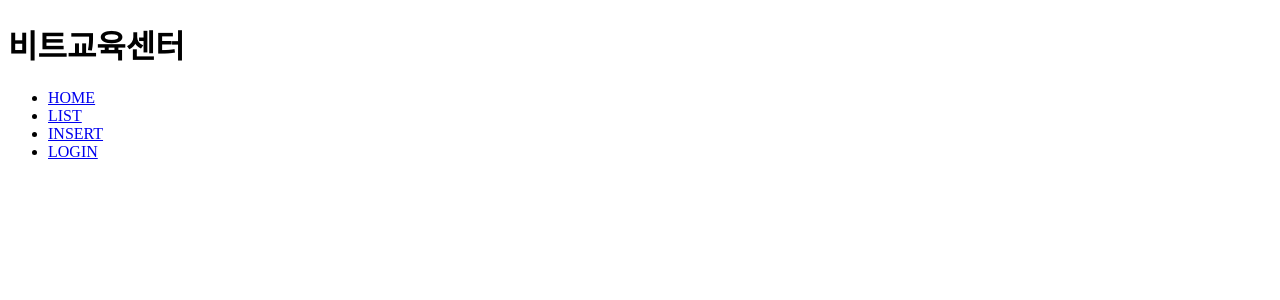
Repository: 2ket/workspace2
Page: ajax02/WebContent/index.html
An editor plug-in stored every save of this project. The page is shown before and after the next save, followed by the edit.
The browser window is 1280 px wide. The pictures show the whole page.

Above is the page before, as saved 2019-06-10 02:40:20.
Console error: SyntaxError: Unexpected identifier 'getList'

### ajax02/WebContent/index.html
<!DOCTYPE html>
<html>
<head>
<meta charset="UTF-8" charset="EUC-KR">
<title>Insert title here</title>
<link rel="stylesheet" type="text/css" href="css/mygrid.css"/>
<style type="text/css">
	#menu>div>ul{
		padding:0px;
		width:408px;
		margin: 0px auto;
	}
	#menu>div>ul>li{
		list-style:none;
		float:left
	}
	#menu>div>ul>li>a:hover{
	color : yellow;
	backgroud-color : red;
	}
</style>
<script type="text/javascript">
	var carousel;
	var imgs;
	var cnt=0;
	window.onload=function(){
		carousel=document.querySelector('#carousel');
		imgs=document.querySelectorAll('#carousel>img');
		loop();

		menu[1].onclick=function(){
			//alert('menu2');
			xhr=new XMLHttpRequest();
			xhr.onreadystatechange=getList;
			xhr.open('get', 'data/list.jsp');
			xhr.sent();
			return false;
		};

	};

	fuction getList(){
		var root=xhr.responseXML;
		if(xhr.readyState==4 && xhr.status==200){
			var root=xhr.responseXML;
			var row=root.querySelectorAll('row');

			for(var i=0; i<row.length; i++){
				alert(row[i].innerHTML);
			}

		}
	}
	function loop(){
		for(var i=0; i<imgs.length; i++){
			imgs[i].style.display='none';
		}
		if(cnt>=imgs.length) cnt=0;
		imgs[cnt++].style.display='block';
		window.setTimeout(loop, 3000);
	}
</script>

</head>
<body>
	<div class="container">
		<div id="header" div class="row">
			<div class="grid12">
				<h1>비트교육센터</h1>
			</div>
		</div>
		<div class="row">
			<div class="grid12">
				<ul>
					<li><a href="#">HOME</a></li>
					<li><a href="#">LIST</a></li>
					<li><a href="#">INSERT</a></li>
					<li><a href="#">LOGIN</a></li>
				</ul>
			</div>
		</div>
		<div id="content" div class="row">
			<div class="grid12">

			</div>
		</div>
	</div>

</body>
</html>

Loaded but not shown: ajax02/WebContent/css/mygrid.css (common file)

After the next save:
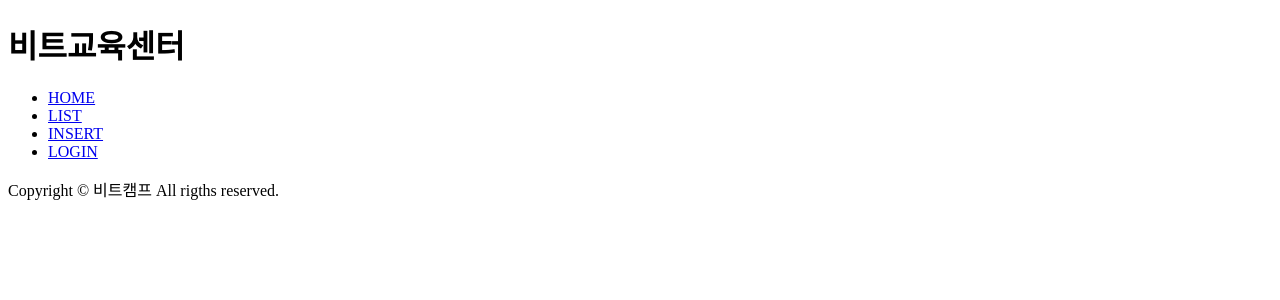
Saved 44 s later.
--- a/ajax02/WebContent/index.html
+++ b/ajax02/WebContent/index.html
@@ -84,6 +84,11 @@
 
 			</div>
 		</div>
+		<div id="footer" div clas="row">
+			<div class="grid12">
+				Copyright &copy; 비트캠프 All rigths reserved.
+			</div>
+		</div>
 	</div>
 
 </body>
